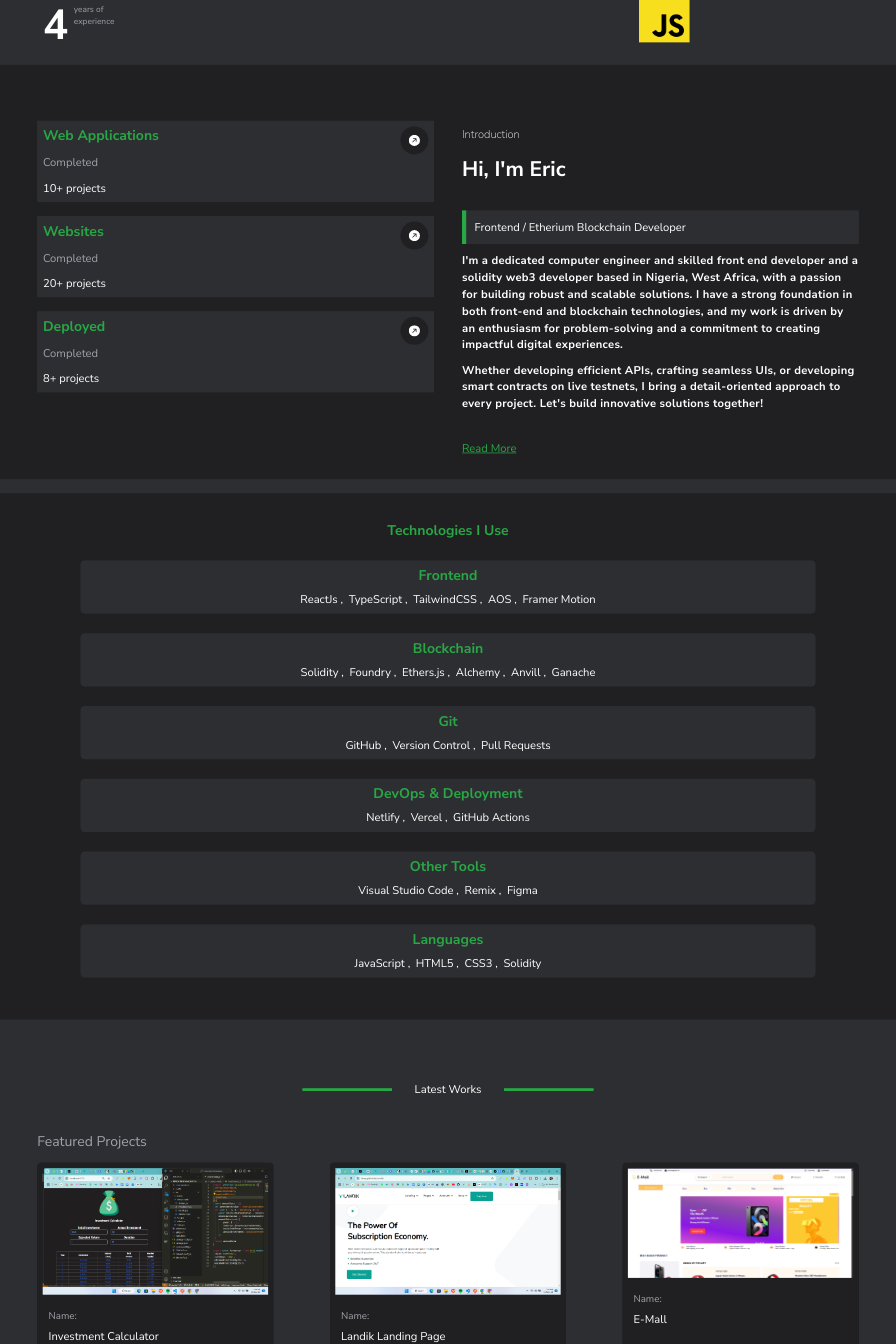
Repository: Rickyy1017/eric-portt
Page: /
These files come from the project's save history. The page is drawn as it stood at one moment and after the next save; the edit follows.
The browser window is 1280 px wide. The pictures show the part of the page from y = 392 to 2312 px (the page is 3998 px tall), at 70% of full size.
The page's requests for data from a server got no answer. The project was rebuilt for these pictures with package versions that can differ from the ones it lists, and the page was loaded fresh each time. No one was signed in, and anything a server would have sent is missing. Also part of the build but not shown: vite.config.js, src/components/loader.css, src/components/sending.css, src/components/Sending.jsx, src/components/Contact.jsx, src/components/About.jsx, src/components/ErrorBoundary.jsx.

Above is the page before, as saved 2025-05-22 09:41:22.

### index.html
<!doctype html>
<html lang="en">

<head>
  <meta charset="UTF-8" />
  <!-- <link rel="icon" type="image/svg+xml" href="/vite.svg" /> -->
  <meta name="viewport" content="width=device-width, initial-scale=1.0" />
  <link rel="stylesheet" href="https://unpkg.com/aos@next/dist/aos.css" />
  <title>Erik</title>
</head>

<body>
  <div id="root"></div>
  <script type="module" src="/src/main.jsx"></script>
  <script type="text/javascript" src="https://cdn.jsdelivr.net/npm/@emailjs/browser@4/dist/email.min.js">
  </script>
  <script>
    // Save scroll position before the page unloads
    window.addEventListener('beforeunload', () => {
      localStorage.setItem('scrollPosition', window.scrollY);
    });

    // Restore scroll position on page load with smooth scroll effect
    window.addEventListener('load', () => {
      const scrollPosition = localStorage.getItem('scrollPosition');
      if (scrollPosition) {
        window.scrollTo(0, 0);

        // Smoothly scroll to saved position after a slight delay
        requestAnimationFrame(() => {
          window.scrollTo({
            top: parseInt(scrollPosition, 10),
            behavior: 'smooth'
          });
        });
      }
    });

  </script>
</body>

</html>

### src/main.jsx
import React, { StrictMode, useEffect } from 'react';
import { createRoot } from 'react-dom/client';
import './index.css';
import App from './App.jsx';
import 'aos/dist/aos.css'; // Import AOS styles
import AOS from 'aos';
import { Toaster } from 'react-hot-toast';

function Main() {
  useEffect(() => {
    AOS.init({
      once:false
    });
  }, []);

  return <App />;
}

createRoot(document.getElementById('root')).render(
  <StrictMode>
    <Main />
    <Toaster/>
  </StrictMode>
);

### src/index.css
@import url('https://fonts.googleapis.com/css2?family=Nunito+Sans:ital,opsz,wght@0,6..12,200..1000;1,6..12,200..1000&family=Rubik:ital,wght@0,300..900;1,300..900&display=swap');

@tailwind base;
@tailwind components;
@tailwind utilities;

:root {
  font-family: Inter, system-ui, Avenir, Helvetica, Arial, sans-serif;
  line-height: 1.5;
  font-weight: 400;
  color-scheme: light dark;
  font-synthesis: none;
  text-rendering: optimizeLegibility;
  -webkit-font-smoothing: antialiased;
  -moz-osx-font-smoothing: grayscale;
}

/* @font-face {
  font-family: 'Nunito Sans';
  src: url('./assets/fonts/Nunito_Sans/NunitoSans-Regular.woff2') format('woff2'),
       url('./assets/fonts/Nunito_Sans/NunitoSans-Regular.woff') format('woff');
  font-weight: 400;
  font-style: normal;
}

@font-face {
  font-family: 'Nunito Sans';
  src: url('/fonts/NunitoSans/NunitoSans-Bold.woff2') format('woff2'),
       url('/fonts/NunitoSans/NunitoSans-Bold.woff') format('woff');
  font-weight: 700;
  font-style: normal;
} */

body {
  margin: 0;
  box-sizing: border-box;
  padding: 0;
  color: white;
  font-family:"Nunito Sans", sans-serif;
}
[data-aos] {
  transition: opacity 0.6s ease, transform 0.6s ease;
}



.react-hot-toast-success > svg {
  color: #fe04b4;
}

### src/App.jsx
import { useState, useEffect } from 'react'
import { BrowserRouter, Route, Routes, useLocation } from 'react-router-dom'
import AppLayout from './utils/AppLayout'
import Home from './components/Home'
import Contact from './components/Contact'
import About from './components/About'
import ErrorBoundary from './components/ErrorBoundary'

function App() {
  // Define routes
  const GeneralRoutes = [
    { path: '/', Component: Home },
    { path: '/contact', Component: Contact },
    { path: '/about', Component: About }
  ];

  return (
    <BrowserRouter>
      <ScrollToTopOnRouteChange />
      <ErrorBoundary>
        <Routes>
          {GeneralRoutes.map((item, i) => (
            <Route
              key={i}
              path={item.path}
              element={
                <AppLayout>
                  <item.Component />
                </AppLayout>
              }
            />
          ))}
        </Routes>
      </ErrorBoundary>
    </BrowserRouter>
  );
}

const  ScrollToTopOnRouteChange =()=> {
  const location = useLocation();
  const scrollToTop = () => {
    window.scrollTo({ top: 0, behavior: 'smooth' });
  };
  useEffect(() => {
    scrollToTop();
  }, [location]);

  return null;
}

export default App;

### src/utils/AppLayout.jsx
import React, { useEffect, useState } from 'react'
import Navbar from '../components/Navbar'
import { AiOutlineMessage } from "react-icons/ai";
import Footer from '../components/Footer'


const AppLayout = ({ children }) => {

  return (
    <div className='w-full  flex flex-col justify-between overflow-x-hidden '>
      <div className="bg-sec z-50 fixed top-0">
        <Navbar />
      </div>
      <div className="bg-[#2d2e32] relative">
        {children}
      </div>
      <Footer />
    </div>
  )
}

export default AppLayout

### src/components/Footer.jsx
import React from 'react'
import { FaGithub } from "react-icons/fa";
import { BsTwitterX } from "react-icons/bs";
import { CiMail } from "react-icons/ci";
import { Link } from 'react-router-dom';

const Footer = () => {
  const apps = [
    {
      img:<BsTwitterX/>,
      link:'https://x.com/Flacko_eth'
    },

    {
      img:<FaGithub/>,
      link:'https://github.com/Rickyy1017'
    },
      {
      img:<CiMail/>,
      link:"mailto:ericjoseph6303@gmail.com?subject=Hello&body=I%20would%20like%20to%20connect%20with%20you."
    },
  ]

  // console.log('footer rendered.')
  return (
    <div className='bg-sec pb-24  h-52 text-white w-full'>
      <div
      data-aos="zoom-in" data-aos-duration="1000"
      className="w-11/12 mt-3  mx-auto gap-10  flex flex-col lg:flex-row  justify-between">
        <div className="flex items-center gap-4">
          <div className="font-bold text-xl">eR!k</div>
          <span className='text-zinc-400'>© 2024 All Right Reserved.</span>
        </div>
        <div  className="flex items-center gap-4">
          {apps.map((app,i) => (
            <Link target='blank' to={app.link} className="text-base cursor-pointer" key={i}>{app.img}</Link>
          ))}
        </div>
      </div>
    </div>
  )
}

export default Footer

### src/components/Hero.jsx
import React, { useEffect, useState } from 'react'
import js from '../assets/js.png'
import eth from '../assets/eth.png'
import react from '../assets/react.png'
import tail from '../assets/tail.png'
import solidity from '../assets/sol.png'
import { AiOutlineMessage } from 'react-icons/ai'

const Hero = ({ num, loading, repo }) => {
    const techs = [

        { name: 'Etherium', image: eth },
        { name: 'Solidity', image: solidity },
        { name: 'React', image: react },

    ]


    return (
        <div className="flex items-center relative w-full bg-[#2d2e32] flex-col lg:flex-row gap-20">

            <div className="flex items-start flex-col gap-6   w-full lg:w-1/2">
                <div data-aos="fade-right"
                    data-aos-duration="1000"
                    data-aos-easing="ease-in-sine"
                    className="px-2 py-1.5 bg-primary rounded-md text-sm font-medium text-white tracking-wide">
                    Front-end / Etheriium Blockchain Developer
                </div>

                <div data-aos="fade-right"
                    className="font-bold text-4xl leading-tight text-gray-200 mt-4">
                    Building Innovative and Scalable Solutions
                </div>

                <div data-aos="fade-left"
                    className="font-light text-lg text-gray-400 mt-2 italic">
                    Creativity, precision, and purpose—let's solve complex challenges and shape the future.
                </div>

                <div data-aos="fade-up"
                    data-aos-duration="2000"
                    className="flex items-start gap-10 lg:gap-20 mt-5 w-full">
                    <div className="flex items-start gap-2">
                        <div className="text-6xl font-bold">4</div>
                        <div className="text-xs text-zinc-400">years of <br /> experience</div>
                    </div>
                    {/* <div className="flex items-start gap-2">
                        <div className="text-6xl font-bold">{loading ? '...' : repo ? repo :num}</div>
                        <div className="text-xs text-zinc-400">projects/ <br />contributions</div>
                    </div> */}
                </div>
            </div>

            <div data-aos="fade-up"
                data-aos-duration="2000"
                className="lg:w-1/2 w-full">
                <div className="mt-10 w-8/12 mx-auto flex items-center justify-center">
                    <img src={tail} className='w-20' alt="tailwind limage" />
                </div>
                <div className="w-8/12 mx-auto flex items-baseline justify-between">
                    {techs.map((im, i) => {
                        const isEven = i % 2 === 0
                        return (
                            <div className={`p-2 bg-black/40 rounded-full  `} key={i}>
                                <img data-aos={`${isEven ? 'fade-left' : 'fade-right'}`} className={``} src={im.image} alt={im.name} />
                            </div>
                        )
                    })}
                </div>
                <div className="mt-10 w-8/12 mx-auto flex items-center justify-center">
                    <img src={js} alt="" />
                </div>
            </div>
        </div>
    )
}

export default Hero

### src/components/Intro.jsx
import React from 'react'
import { BsArrowUpRightCircleFill } from "react-icons/bs";
import { Link } from 'react-router-dom';

const Intro = () => {

    const webs = [
        {
            name: 'Web Applications',
            proj: '10+',
            time: 'Completed'
        },
        {
            name: 'Websites',
            proj: '20+',
            time: 'Completed'
        },
        {
            name: 'Deployed',
            proj: '8+',
            time: 'Completed'
        }
    ]
    return (
        <div className='w-full py-20 bg-sec'>
            <div className="w-11/12  mx-auto flex  lg:h-[27rem] flex-col lg:flex-row  items-start gap-10">
                <div className="flex items-start gap-5 flex-col lg:w-1/2 w-full">
                    {webs.map((item, i) => {
                        return (
                            <div key={i} data-aos="fade-up"
                                data-aos-duration="1000"
                                className="bg-[#2d2e32] flex items-start justify-between w-full p-2">
                                <div className="flex items-start flex-col gap-3">
                                    <div className="text-primary text-xl font-bold">{item.name}</div>
                                    <div className="text-zinc-400">{item.time}</div>
                                    <div className="">{item.proj} projects</div>
                                </div>
                                <div className="p-3 rounded-full bg-sec">
                                    <BsArrowUpRightCircleFill className='' />
                                </div>
                            </div>
                        )
                    })}
                </div>

                <div className="w-full lg:w-1/2 flex py-2 gap-10 items-start justify-between h-full flex-col">
                    <div className="flex items-start gap-5 flex-col">
                        <div className="font-thin text-base">Introduction</div>
                        <div data-aos="fade-left" data-aos-duration="1000" className="font-bold text-3xl">Hi, I'm Eric</div>
                    </div>
                    <div className="flex items-start gap-3 flex-col">
                        <div className="w-full bg-[#2d2e32] gap-3 h-12 flex  items-start">
                            <div className="h-full w-1.5 bg-primary"></div>
                            <div data-aos="fade-right" data-aos-duration="1000" className=" text-base self-center">Frontend / Etherium Blockchain Developer</div>
                        </div>
                        <div data-aos-duration="1000" data-aos="fade-up" className="font-bold tracking-wide text-[1rem] ">I'm a dedicated computer engineer and skilled front end developer and a solidity web3 developer based in Nigeria, West Africa, with a passion for building robust and scalable solutions. I have a strong foundation in both front-end and blockchain technologies, and my work is driven by an enthusiasm for problem-solving and a commitment to creating impactful digital experiences. </div>
                        <div data-aos-duration="1000" data-aos="fade-down" className="font-bold tracking-wide text-[1rem]">Whether developing efficient APIs, crafting seamless UIs, or developing smart contracts on live testnets, I bring a detail-oriented approach to every project. Let's build innovative solutions together!</div>
                    </div>
                    <Link to={`/about`} data-aos="fade-up"
                        data-aos-duration="1000"
                        className="underline text-primary">Read More</Link>
                </div>
            </div>
        </div>
    )
}

export default Intro

### src/components/Repos.jsx
import React, { useCallback, useEffect, useState } from 'react'
import Loader from './Loader'
import { successMessage } from '../utils/utils'
import axios from 'axios'
import { IoMdStar } from "react-icons/io";
import { Link } from 'react-router-dom'
import { IoLogoGithub } from "react-icons/io5";

export const localName = 'Repositories'
const Repos = () => {

    const [data, setData] = useState([])
    const [loading, setLoading] = useState(false)
    const fetchRepos = useCallback(async () => {
        setLoading(true)
        try {
            const res = await axios.get(`https://api.github.com/users/Rickyy1017/repos?per_page=100&page=1`)
            if (res.status !== 200) return;
            // successMessage(`fetch success`)
            localStorage.setItem(localName, JSON.stringify(res.data))
            setData(res.data)
        } catch (error) {
            console.log(`Error in fetching repos ${error}`)
        } finally {
            setLoading(false)
        }
    }, []) // Added empty dependency array here
    useEffect(() => {
        fetchRepos()
    }, [fetchRepos])

    const storedUser = JSON.parse(localStorage.getItem(localName))
    // console.log(data)
    return (
        <div className='w-full py-20 my-10 bg-sec'>
            <div className="pb-10 w-11/12 mx-auto relative">
                <div data-aos='fade-right' data-aos-duration="1000"
                    className="text-xl text-zinc-400 mb-4">Featured Repos</div>
                {loading && <div className="w-full absolute top-1/2 right-1/2 -translate-x-1/2 justify-center flex items-center h-full">
                    <Loader />
                </div>}

                <div
                    data-aos='fade-right' data-aos-duration="1000"
                    className="grid lg:grid-cols-4 grid-cols-1 w-full gap-10 ">
                    {storedUser && storedUser.slice(0, 8).map((item, i) => {
                        const isEven = i % 2 === 0
                        return (
                            <div data-aos={`${isEven ? 'fade-left' : 'fade-right'}`}
                                data-aos-duration='2000'
                                key={i} className="bg-alt flex flex-col justify-between h-40 w-full px-3 py-2 rounded-md">
                                <div className="flex items-center justify-between">
                                    <div className="capitalize">{item.name}</div>
                                    <Link target='blank' className='text-primary underline' to={item?.html_url}>view repo</Link>
                                </div>
                                <div className="flex items-center justify-between">
                                    <div className="flex items-center gap-2">
                                        <div className="flex items-center gap-1">
                                            {Array(3).fill().map((item, i) => (
                                                <div key={i} className="text-primary"><IoMdStar /></div>
                                            ))}
                                        </div>
                                        <div className="text-sm">{item.stargazers_count} <span>stars</span></div>
                                        <div key={i} className="text-primary"><IoLogoGithub /></div>
                                        <div className="text-sm">{item.forks_count} <span>forks</span></div>
                                    </div>
                                </div>
                            </div>
                        )
                    })}
                </div>

            </div>
            <div className="flex items-center justify-around h-10 w-11/12 lg:w-[35%] mx-auto">
                    <div data-aos='fade-up' data-aos-duration='2000' className="w-20 lg:w-32 h-1 bg-primary"></div>
                    <div className="">Latest Repos</div>
                    <div data-aos='fade-up' data-aos-duration='2000' className="w-20 lg:w-32 h-1 bg-primary"></div>
                </div>
        </div>
    )
}

export default Repos

### src/components/Quotes.jsx
import React from 'react'
import { FaQuoteRight } from "react-icons/fa";
import { FaQuoteLeft } from "react-icons/fa";
import { IoMdStar } from "react-icons/io";


const Quotes = () => {
    return (
        <div className='my-10 pb-20'>
            <div className="w-10/12 mx-auto relative">
                <div className="w-full lg:w-1/2 flex items-center flex-col lg:flex-row lg:gap-20">
                    <div data-aos="fade-right" data-aos-duration="1000" className="text-3xl font-bold">Favourite Quotes</div>
                    <div data-aos="fade-left" data-aos-duration="1000" className="text-sm text-zinc-400">My fave motivational quotes.</div>
                </div>
                <div data-aos="flip-down" data-aos-duration="1000" className=" mt-16  bg-sec lg:h-60 rounded-md p-2 relative">
                    <div className="absolute top-3 left-3 text-zinc-400 font-bold text-3xl"><FaQuoteLeft /></div>
                    <div className="absolute bottom-3 right-3 text-zinc-400 font-bold text-3xl"><FaQuoteRight /></div>
                    <div className="mt-10 px-10 flex flex-col gap-4">
                        <div className="flex items-center gap-2">
                            <div className="flex ">
                                {Array(10).fill().map((_, i) => (
                                    <div key={i} className="text-primary"><IoMdStar /></div>
                                ))}
                            </div>
                            <div className="text-sm">10/10</div>
                        </div>
                        <div className="">There will always be doubters and haters but they only get the power you give them, remain focused and never loose faith in yourself - Morgan Freeman</div>
                        <div className="">Death is not the greatest loss in life. The greatest loss is what dies inside while still alive. Never surrender. – 2pac Shakur</div>

                    </div>
                </div>
            </div>
        </div>
    )
}

export default Quotes

### src/components/Techs.jsx
import React from 'react'

const Techs = () => {
    const techs = [
        {
            name: 'Frontend',
            others: ['ReactJs', "TypeScript",  'TailwindCSS', 'AOS', 'Framer Motion']
        },
        {
            name: 'Blockchain',
            others: ['Solidity', 'Foundry', "Ethers.js", 'Alchemy', 'Anvill', 'Ganache', ]
        },
        {
            name: 'Git',
            others: ['GitHub', 'Version Control', 'Pull Requests']
        },

        {
            name: 'DevOps & Deployment',
            others: [ 'Netlify', 'Vercel', 'GitHub Actions']
        },
        {
            name: 'Other Tools',
            others: ['Visual Studio Code', 'Remix', 'Figma']
        },
        {
            name: 'Languages',
            others: ['JavaScript', 'HTML5', 'CSS3', 'Solidity']
        }
    ];

    return (
        <div className='py-10 0 w-full bg-sec mt-5'>
            <div className="w-full text-center text-primary font-bold text-xl"> Technologies I Use</div>
            <div className="mt-5 w-10/12 mx-auto flex h-fit  rounded-md  p-2 flex-col items-start justify-start   gap-4">
                {techs.map((tech, i) => {
                    const isEven = i % 2 === 0
                    return (
                        <>
                            <div key={i}  className="flex flex-col items-center gap-2 mb-3 bg-alt w-full p-2 rounded-md">
                                <div className="font-bold text-xl text-primary">{tech.name}</div>
                                <div className=" flex items-center flex-col lg:flex-row gap-2">
                                    {tech.others.map((item, index) => {
                                        const isEven = index % 2 === 0
                                        const lastnum = index === tech.others.length - 1
                                        return (
                                            <div data-aos={`${isEven ? 'zoom-in-up':'zoom-in-down'}`}
                                            data-aos-duration="2000"
                                            key={index} className="">{item} {lastnum ? '' : ','}</div>
                                        )
                                    })}
                                </div>
                            </div>
                        </>
                    )
                })}

            </div>
        </div>
    )
}

export default Techs

### src/components/Loader.jsx
import React from 'react'
import './loader.css'

const Loader = () => {
  return (
    <div className='loader text-sm'></div>
  )
}

export default Loader

Loaded but not shown: src/components/success.json (1 lines, source omitted); src/components/load.json (1 lines, source omitted); src/utils/utils.js (119 lines, source omitted); tailwind.config.js (21 lines, source omitted); src/components/Home.jsx (251 lines, source omitted); src/components/Navbar.jsx (99 lines, source omitted)

After the next save:
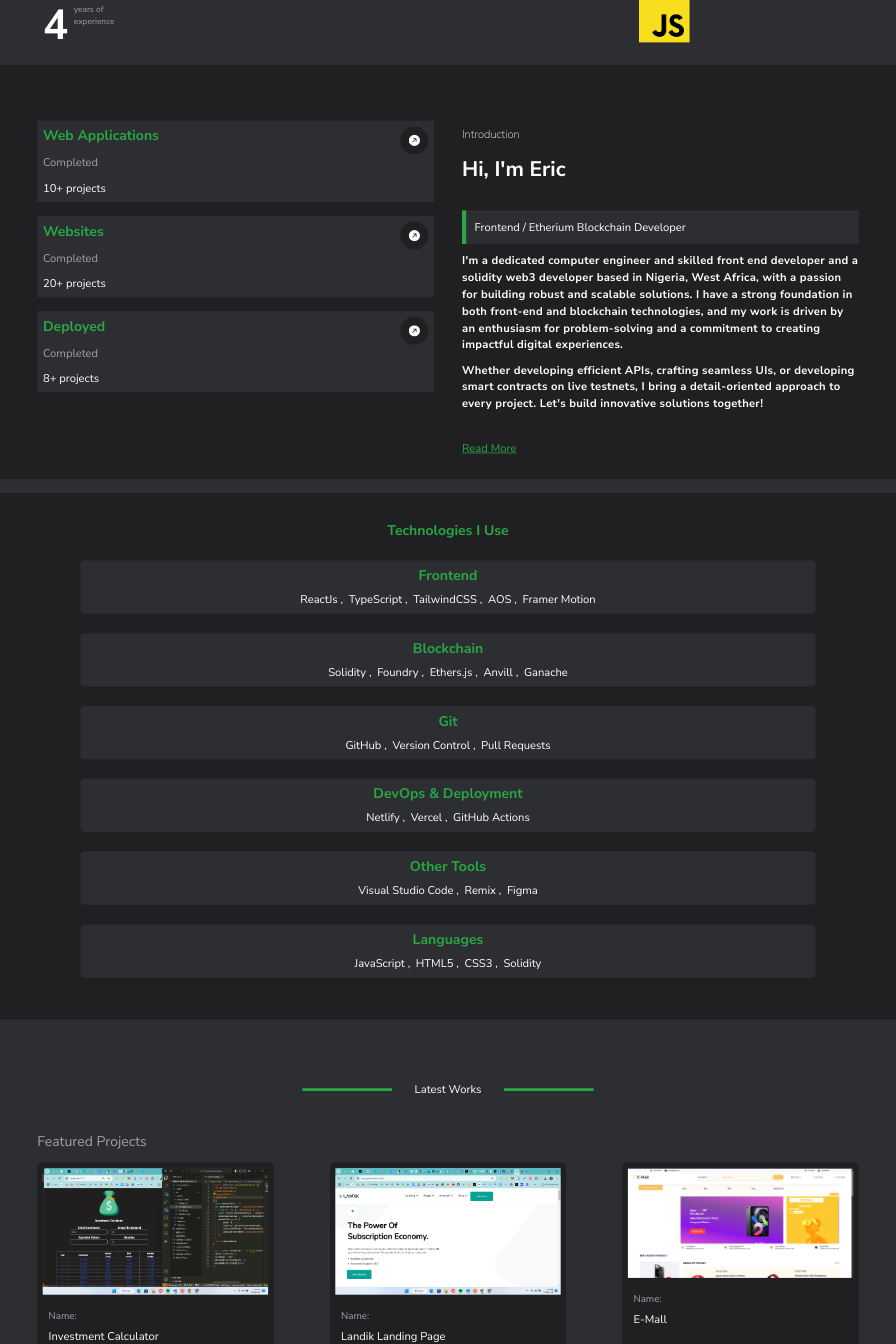
Saved 30 s later.
--- a/src/components/Techs.jsx
+++ b/src/components/Techs.jsx
@@ -8,7 +8,7 @@ const Techs = () => {
         },
         {
             name: 'Blockchain',
-            others: ['Solidity', 'Foundry', "Ethers.js", 'Alchemy', 'Anvill', 'Ganache', ]
+            others: ['Solidity', 'Foundry', "Ethers.js", 'Anvill', 'Ganache', ]
         },
         {
             name: 'Git',
